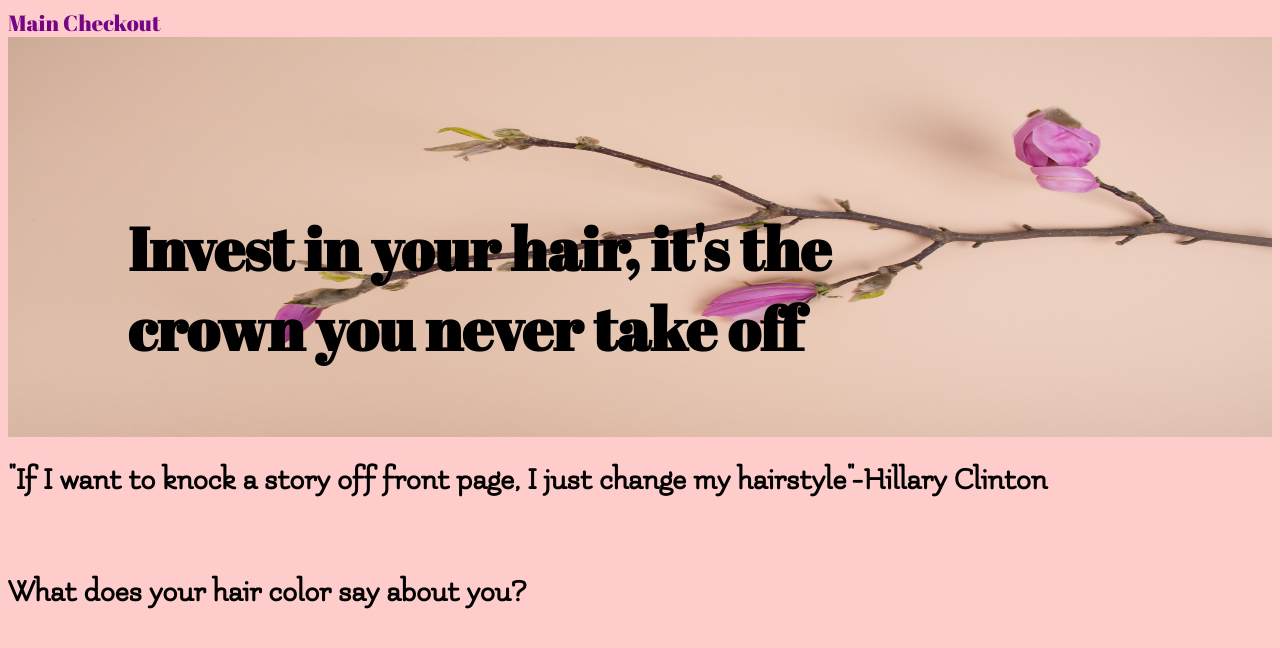
Repository: aarushi-07/Hair-and-Spa-booking-system
Page: http://localhost/salon/WEB-INF/jsp/hair.jsp
An editor plug-in stored every save of this project. The page is shown before and after the next save, followed by the edit.
The browser window is 1280 px wide. The pictures show the whole page.
The page is served by Tomcat 9. Nobody is signed in. The template is opened directly, without the code that normally fills it, so the values that code supplies are empty.

Above is the page before, as saved 2020-07-10 11:39:37.

After the next save:
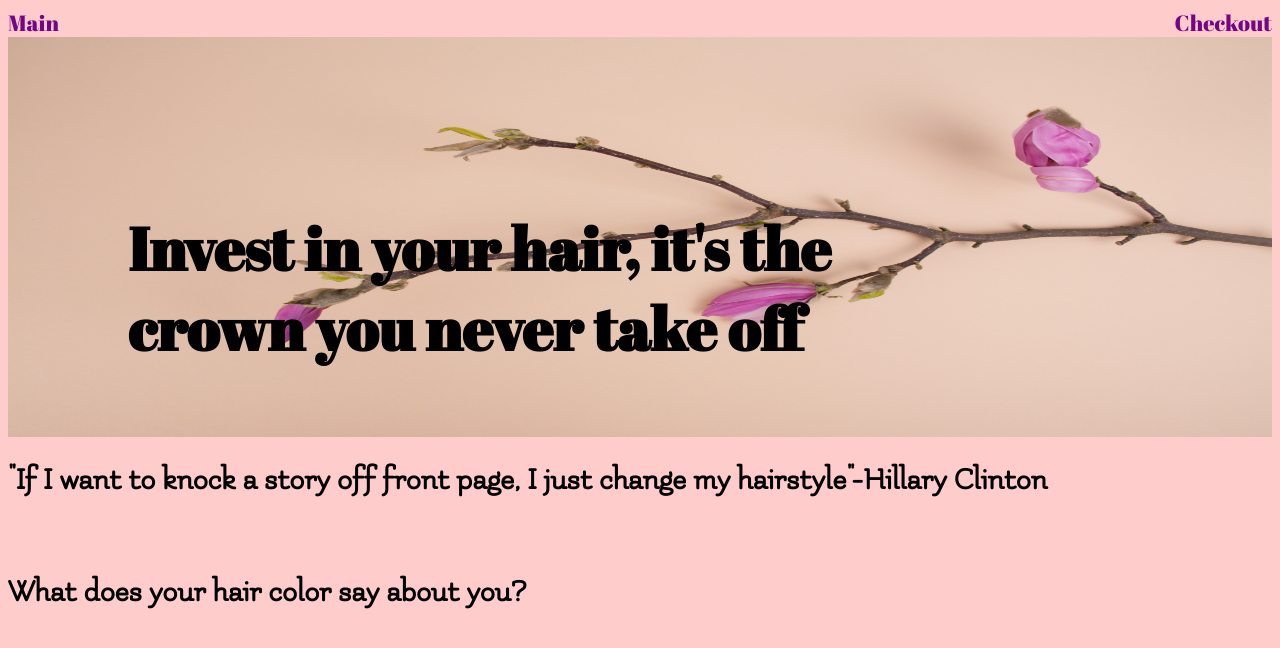
Saved 97 s later.
--- a/salon/src/main/webapp/resources/css/all.css
+++ b/salon/src/main/webapp/resources/css/all.css
@@ -52,7 +52,7 @@
 
 .divSer {
 	border: none;
-	text-align: right;
+	float: right;
 	font-family: "Abril Fatface";
 	font-size: 22px;
 }
